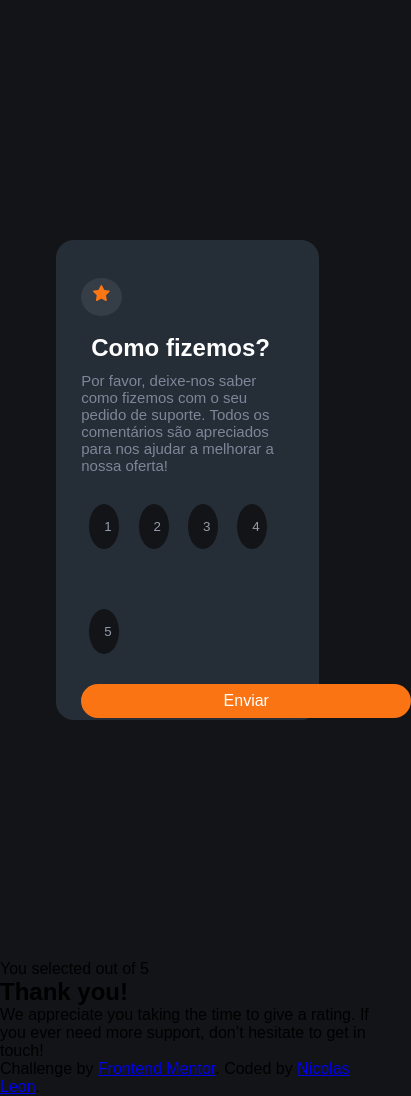
Repository: Leonngc/projeto-avaliacao
Page: index.html
The author's editor kept a copy of each file at every save. The page is drawn from the files as they stood at one save, then again after the next save.
The browser window is 375 px wide. The page is 411 px wide, so the pictures cover 411 px, including what lies to the right of the window. The pictures show the whole page.

Above is the page before, as saved 2023-01-26 11:59:44.

### index.html
<!DOCTYPE html>
<html lang="en">
<head>
  <meta charset="UTF-8">
  <meta name="viewport" content="width=device-width, initial-scale=1.0"> <!-- displays site properly based on user's device -->

  <link rel="icon" type="image/png" sizes="32x32" href="./images/favicon-32x32.png">

  <title>Frontend Mentor | Interactive rating component</title>

  <link rel="stylesheet" href="styles/style.css">
</head>
<body>

  <!-- Rating state start -->
<form id="avaliation-form">

  <span id="icon-star">
    <img src="images/icon-star.svg" alt="">
  </span>

    <h1>Como fizemos?</h1>

    <p>
      Por favor, deixe-nos saber como fizemos com o seu pedido de suporte. Todos os comentários são apreciados
      para nos ajudar a melhorar a nossa oferta!
    </p>

    <div id="avaliation-btns">
      <input type="button" value="1" class="avaliation">
      <input type="button" value="2" class="avaliation">
      <input type="button" value="3"  class="avaliation">
      <input type="button" value="4"  class="avaliation">
      <input type="button" value="5"  class="avaliation">
    </div>

    <input type="submit" onclick="sent()" value="Enviar" id="submit"></input>
</form>

  <!-- Rating state end -->

  <!-- Thank you state start -->

  <section id="result-avaliation">
    <p id="avaliacao-user">You selected <!-- Add rating here --> out of 5</p>
    <h1>Thank you!</h1>
    <p>
      We appreciate you taking the time to give a rating. If you ever need more support,
      don’t hesitate to get in touch!
    </p>
  </section>

  <!-- Thank you state end -->


  <div class="attribution">
    Challenge by <a href="https://www.frontendmentor.io?ref=challenge" target="_blank">Frontend Mentor</a>.
    Coded by <a href="#">Nicolas Leon</a>.
  </div>
</body>
</html>

### styles/style.css

:root{
    --very-dark-blue:hsl(216, 12%, 8%);
    --dark-blue:hsl(213, 19%, 18%);
    --medium-grey: hsl(216, 12%, 54%);
    --light-grey:hsl(217, 12%, 63%);
}

*{
    margin: 0;
    padding: 0;
    box-sizing: border-box;
}

body{
    background-color:var(--very-dark-blue);
    font-family: sans-serif;
}
span{
    background-color: rgba(255, 255, 255, 0.074);
    padding: 12px;
    border-radius: 50%;
    text-align: center;
}

span > img{
    margin-top: 20px;
}

#avaliation-form{
    max-width: 900px;
    background-color:var(--dark-blue);
    width: 25vw;
    height: 55vh;
    padding: 25px;
    margin: 30vh auto;
    color: white;
    border-radius: 18px;
}

#avaliation-form > h1{
    padding: 10px;
    margin-top: 20px;
}

#avaliation-form > p{
    color:var(--medium-grey);
    font-size: 15px;
}

.avaliation{
    margin: 30px 8px;
    border-radius: 66%;
    padding: 15px;
    border: none;
    background-color: var(--very-dark-blue);
    color: var(--light-grey);
    width: 3vw;
    cursor: pointer;
}

#avaliation-btns input:hover{
    background-color: hsl(25, 97%, 53%);
    color:white;
}
#avaliation-btns input:active{
    background-color: var(--light-grey);
}

#submit{
    width: 330px;
    margin: auto;
    padding: 8px;
    border-radius: 20px;
    border-style: none;
    color: white;
    background-color: hsl(25, 97%, 53%);
    cursor: pointer;
    font-size: 16px;
}

#submit:hover{
    background-color: white;
    color: hsl(25, 97%, 53%);
}

@media screen and (max-width:600px){
    #avaliation-form{
        width: 70vw;
        height: 60vh;
        font-size: 12px;
    }

    #avaliation-btns button{
        width: 10vw;
    }
}

After the next save:
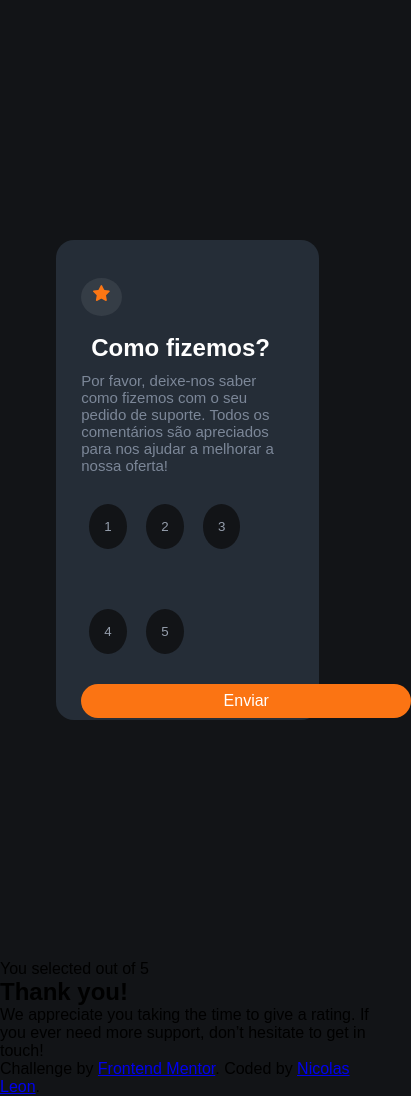
Saved 8 s later.
--- a/styles/style.css
+++ b/styles/style.css
@@ -91,7 +91,7 @@
         font-size: 12px;
     }
 
-    #avaliation-btns button{
+    #avaliation-btns input{
         width: 10vw;
     }
 }

After the save that followed:
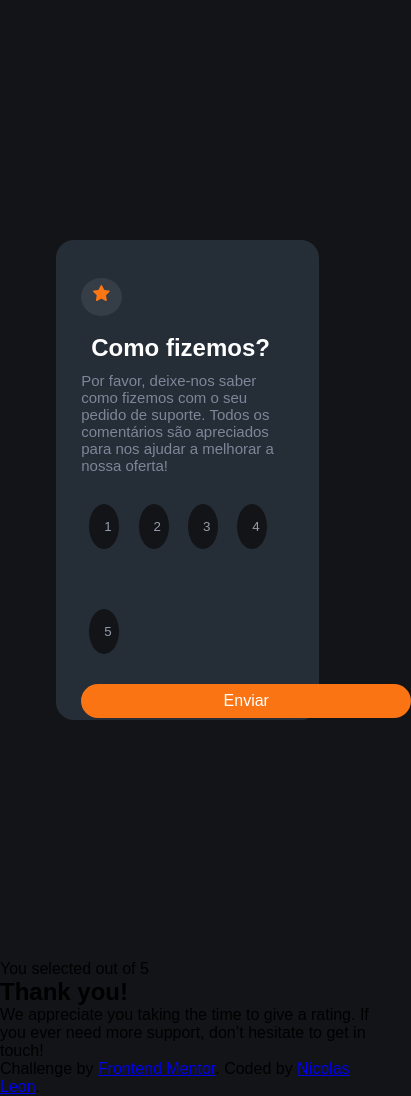
Saved 14 s later.
--- a/styles/style.css
+++ b/styles/style.css
@@ -92,6 +92,6 @@
     }
 
     #avaliation-btns input{
-        width: 10vw;
+        width: 6vw;
     }
 }
